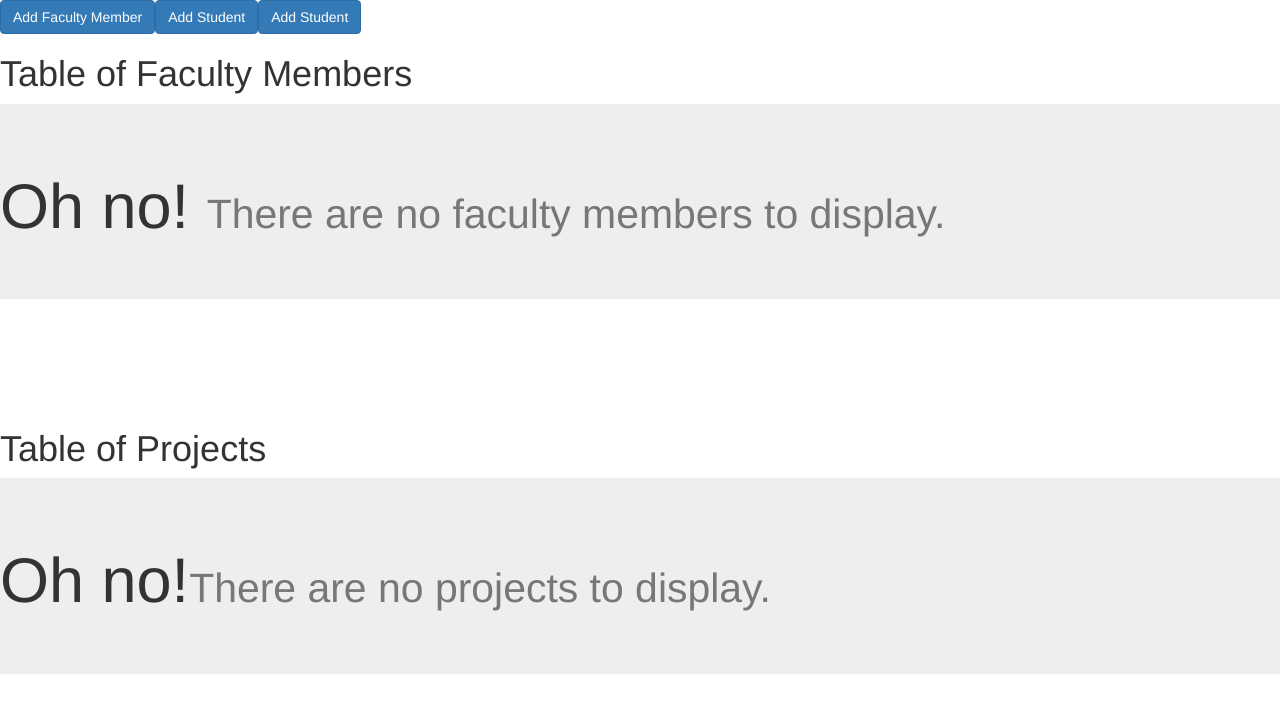
Repository: cpham19/DatabaseSite
Page: http://localhost/database/Table
An editor plug-in stored every save of this project. The page is shown before and after the next save, followed by the edit.
The browser window is 1280 px wide. The pictures show the whole page.
The page is served by Tomcat 9. Other server files are loaded and not shown. Queries for data that is not in the repository find no rows.

Above is the page before, as saved 2017-07-30 04:45:28.

### database/src/main/webapp/Table.jsp
<%@ page language="java" contentType="text/html; charset=UTF-8" pageEncoding="UTF-8"%>
<%@ taglib prefix="c" uri="http://java.sun.com/jsp/jstl/core" %>
<%@ taglib prefix="fn" uri="http://java.sun.com/jsp/jstl/functions" %>
<!doctype html>
<html lang="en">
<head>
	<title>Faculty</title>
	<!-- Latest compiled and minified CSS -->
	<link rel="stylesheet" href="https://maxcdn.bootstrapcdn.com/bootstrap/3.3.7/css/bootstrap.min.css" integrity="sha384-BVYiiSIFeK1dGmJRAkycuHAHRg32OmUcww7on3RYdg4Va+PmSTsz/K68vbdEjh4u" crossorigin="anonymous">
</head>
<body>
	<a href="AddFaculty.jsp" class="btn btn-primary" role="button">Add Faculty Member</a><a href="AddStudent.jsp" class="btn btn-primary" role="button">Add Student</a><a href="AddStudent.jsp" class="btn btn-primary" role="button">Add Student</a>

	<h1>Table of Faculty Members</h1>
	<c:if test="${empty faculties}">
		<div class="jumbotron">
			<h1>Oh no! <small>There are no faculty members to display.</small></h1>
		</div>
	</c:if>

	<c:if test="${not empty faculties}">
		<c:forEach items="${faculties}" var="faculty">
			<div class="panel panel-default">
	 			<div class="panel-body">
					<h3>${faculty.name} (${faculty.res_spec})
					 <a href="ViewProfessorProject?name=${faculty.name}&ssn=${faculty.ssn}" class="btn btn-primary" role="button">View Projects</a><a href="DeleteFaculty?id=${faculty.id}&ssn=${faculty.ssn}" class="btn btn-danger" role="button">Delete Faculty</a>
					 <br/>
					</h3>
					<p>Gender: ${faculty.gender} | Age: ${faculty.age} | SSN : ${faculty.ssn}</p>
						<form action="AddProjectToProf" method="post">
								<input type="text" id="prof_ssn" name="prof_ssn" value="${faculty.ssn}">
								<input type="text" id="proj_num" name="proj_num" placeholder="Enter project number">
								<button type="submit" class="btn btn-success btn-block">Add Project to Professor</button>
						</form>
			    </div>
			</div>
		</c:forEach>
	</c:if>

	<br/>
	<br/>
	<br/>
	<br/>

    <h1>Table of Projects</h1>
	<c:if test="${empty projects}">
		<div class="jumbotron">
			<h1>Oh no!<small>There are no projects to display.</small></h1>
		</div>
	</c:if>

	<c:if test="${not empty projects}">
		<c:forEach items="${projects}" var="project">
 			<div class="pane panel-default">
				 <div class = "pane panel-heading"><h1>Project#${project.projectNum} ${project.sponsorName} | Start: ${project.startingDate}  End: ${project.endingDate}  <a href="DeleteProject?id=${project.projectNum}" class="btn btn-danger" role="button">Delete Project</a></h1></div>
			</div>
		</c:forEach>
	</c:if>

</body>
</html>

### database/src/main/java/Table.java
import java.io.IOException;
import java.sql.Connection;
import java.sql.DriverManager;
import java.sql.ResultSet;
import java.sql.SQLException;
import java.sql.Statement;
import java.util.ArrayList;

import javax.servlet.ServletConfig;
import javax.servlet.ServletException;
import javax.servlet.http.HttpServlet;
import javax.servlet.http.HttpServletRequest;
import javax.servlet.http.HttpServletResponse;

public class Table extends HttpServlet
{
	private static final long serialVersionUID = 1L;


	public void init(ServletConfig config) throws ServletException {
		super.init(config);

		try {
			Class.forName("org.postgresql.Driver");
		}
		catch (ClassNotFoundException e) {
			throw new ServletException(e);
		}
	}

	protected void doGet(HttpServletRequest request, HttpServletResponse response) throws ServletException, IOException
	{
		ArrayList<FacultyModel> faculties = new ArrayList<>();
		ArrayList<ProjectModel> projects = new ArrayList<>();

		Connection c = null;
        try
        {
            String url = "jdbc:postgresql://cs1.calstatela.edu:5432/cs4222s29";
            String username = "cs4222s29";
            String password = "Wh0QcrwJ";
            c = DriverManager.getConnection( url, username, password );

            Statement stmt = c.createStatement();

            ResultSet rs = stmt.executeQuery("select * from faculty");

            while (rs.next()) {

            	FacultyModel entry = new FacultyModel(rs.getInt("id"), rs.getString("ssn"), rs.getString("name"), rs.getInt("age"),
            										  rs.getString("gender"), rs.getString("rank"), rs.getString("res_spec"));

            	faculties.add(entry);
 			}

            rs = stmt.executeQuery("select * from project");

            while (rs.next()) {

            	ProjectModel entry = new ProjectModel(rs.getInt("project_num"), rs.getString("sponsor_name"), rs.getString("starting_date"), rs.getString("ending_date"));

            	projects.add(entry);
 			}
        }

        catch( SQLException e ) {

            throw new ServletException( e );

        }

        finally {

            try {

                if( c != null ) c.close();

            }

            catch( SQLException e ) {

                throw new ServletException( e );

            }

        }

        request.setAttribute("faculties", faculties);
        request.setAttribute("projects", projects);

        request.getRequestDispatcher("Table.jsp").forward(request,response);
	}


	protected void doPost(HttpServletRequest request, HttpServletResponse response) throws ServletException, IOException
	{
		doGet(request, response);
	}

}

After the next save:
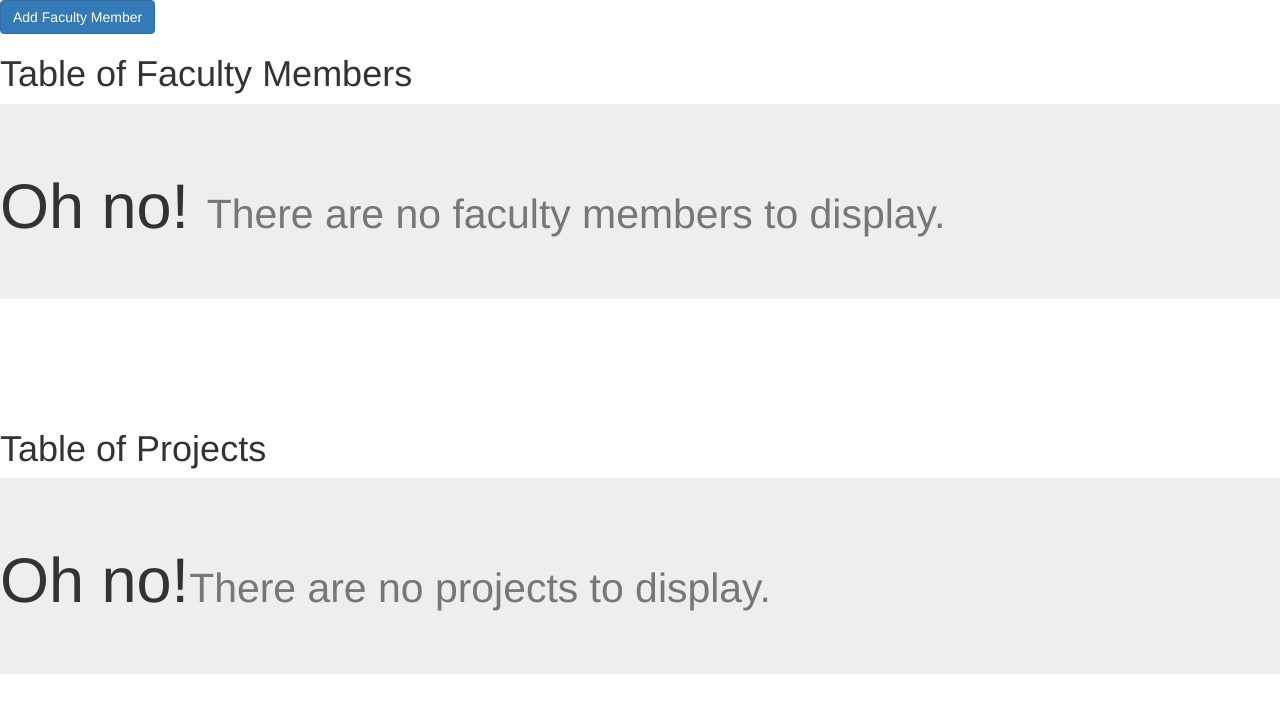
Saved 22 s later.
--- a/database/src/main/webapp/Table.jsp
+++ b/database/src/main/webapp/Table.jsp
@@ -9,7 +9,7 @@
 	<link rel="stylesheet" href="https://maxcdn.bootstrapcdn.com/bootstrap/3.3.7/css/bootstrap.min.css" integrity="sha384-BVYiiSIFeK1dGmJRAkycuHAHRg32OmUcww7on3RYdg4Va+PmSTsz/K68vbdEjh4u" crossorigin="anonymous">
 </head>
 <body>
-	<a href="AddFaculty.jsp" class="btn btn-primary" role="button">Add Faculty Member</a><a href="AddStudent.jsp" class="btn btn-primary" role="button">Add Student</a><a href="AddStudent.jsp" class="btn btn-primary" role="button">Add Student</a>
+	<a href="AddFaculty.jsp" class="btn btn-primary" role="button">Add Faculty Member</a>
 
 	<h1>Table of Faculty Members</h1>
 	<c:if test="${empty faculties}">
